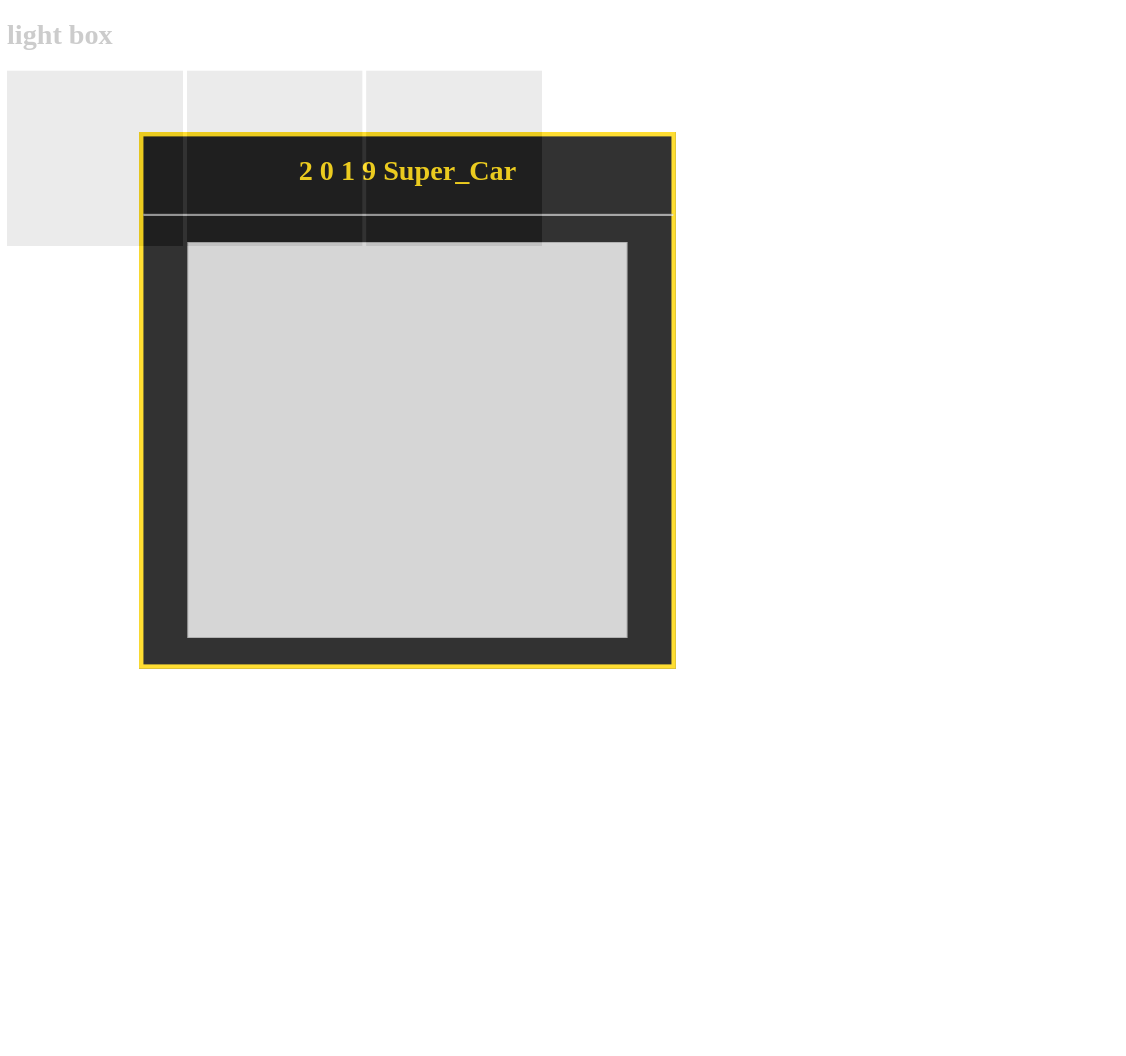
Repository: hangilyon/allJSPStudy
Page: javascript/quiz08_bigImg.html
These files come from the project's save history. The page is drawn as it stood at one moment and after the next save; the edit follows.
The browser window is 1280 px wide. The pictures show the whole page, at 88% of full size.
Pictures or frames that could not be fetched are drawn as grey boxes.

Above is the page before, as saved 2021-10-16 05:45:42.

### javascript/quiz08_bigImg.html
<!DOCTYPE html>
<html>
<head>
<meta charset="UTF-8">
<title>quiz08</title>
</head>
<style>
#imgBox {
	position: relative;

}
#imgBox img{
	width: 200px;
	height: 200px;
	cursor: pointer;
}
#bigImg {
	width: 1200px;
	height: 1200px;
	opacity: 0.8;
	position: absolute;
	top: 0;
	background-color: white;
}
#bigImg #setbigImg {
	width: 600px;
	height: 600px;
	border: 5px solid gold;
	position: absolute;
	top: 150px;
	left: 150px;
	background-color: black;
	display: flex;
	flex-flow: column;
	z-index: 111;
}
#bigImg #setbigImg h1 {
	width: 100%;
	text-align: center;
	color: gold;
}
#bigImg #setbigImg hr {
	width: 100%;
}
#bigImg #setbigImg img {
	width: 500px;
	height: 450px;
	margin-top: 120px;
	margin-left: 50px;
}
</style>
<script type="text/javascript">
	function setImg(){
		console.log(event.target.src)
		let getSrc = event.target.src;
		let setSrc = document.getElementById('bigImg')
		let viewDiv = document.getElementById('setbigImg')
		setSrc.src = getSrc
		viewDiv.style.display = "block"
	}
</script>
<body>
	<h1>light box</h1>
	<div id="imgBox">
		<img src="resources/images/car01.png" id="img1" onclick="setImg()"> <img src="resources/images/car02.png" id="img2" onclick="setImg()"> <img src="resources/images/car03.png" id="img3" onclick="setImg()">
	</div>
	<div id="bigImg">
		<div id="setbigImg">
			<div class="footer"><h1>2 0 1 9 Super_Car</h1></div>
			<hr>
			<img id="bigImg">
		</div>
	</div>
</body>
</html>

After the next save:
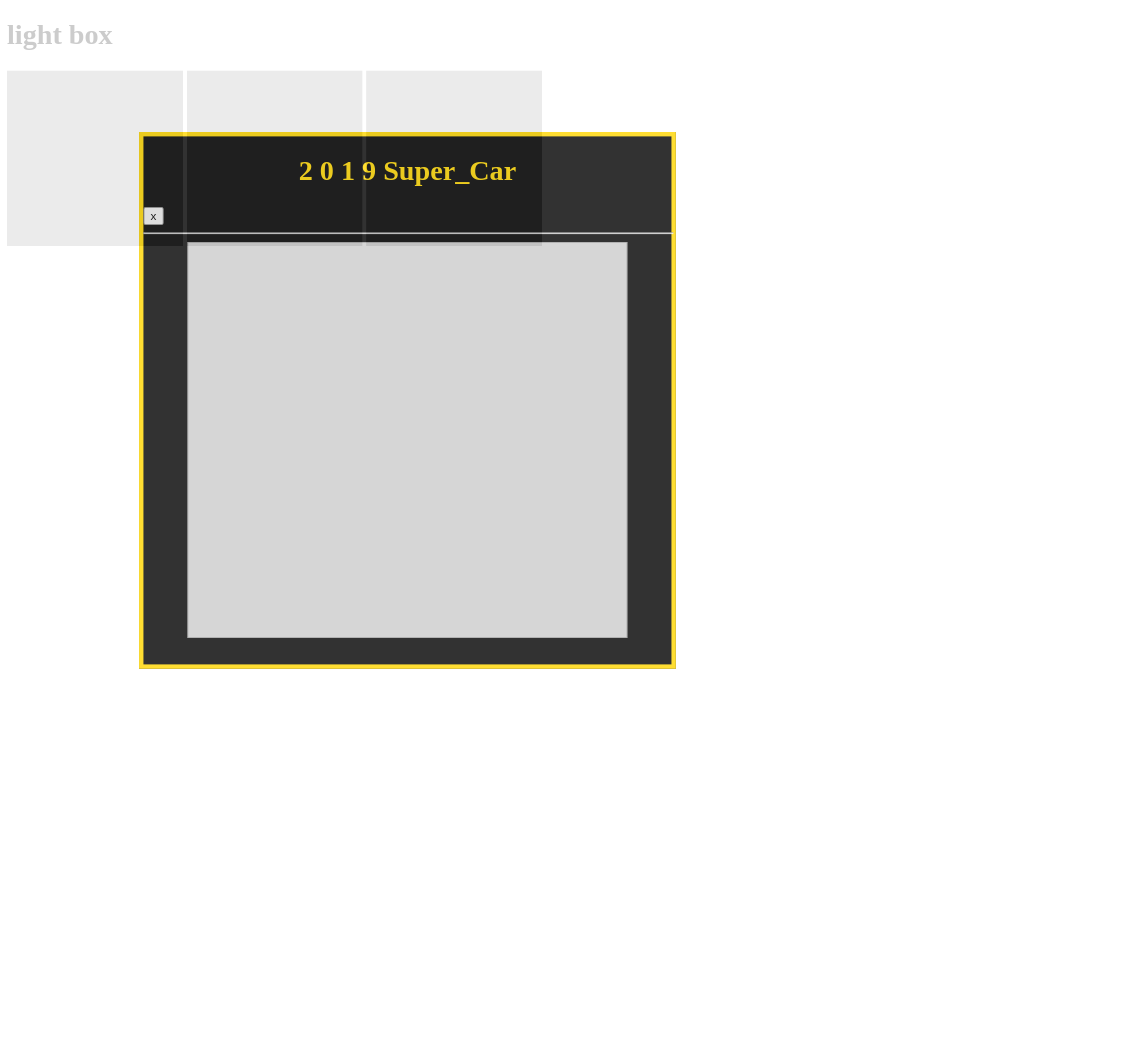
Saved 42 s later.
--- a/javascript/quiz08_bigImg.html
+++ b/javascript/quiz08_bigImg.html
@@ -66,7 +66,9 @@
 	</div>
 	<div id="bigImg">
 		<div id="setbigImg">
-			<div class="footer"><h1>2 0 1 9 Super_Car</h1></div>
+			<div class="footer">
+				<h1>2 0 1 9 Super_Car</h1>
+				<input type="button" value="x"></div>
 			<hr>
 			<img id="bigImg">
 		</div>
